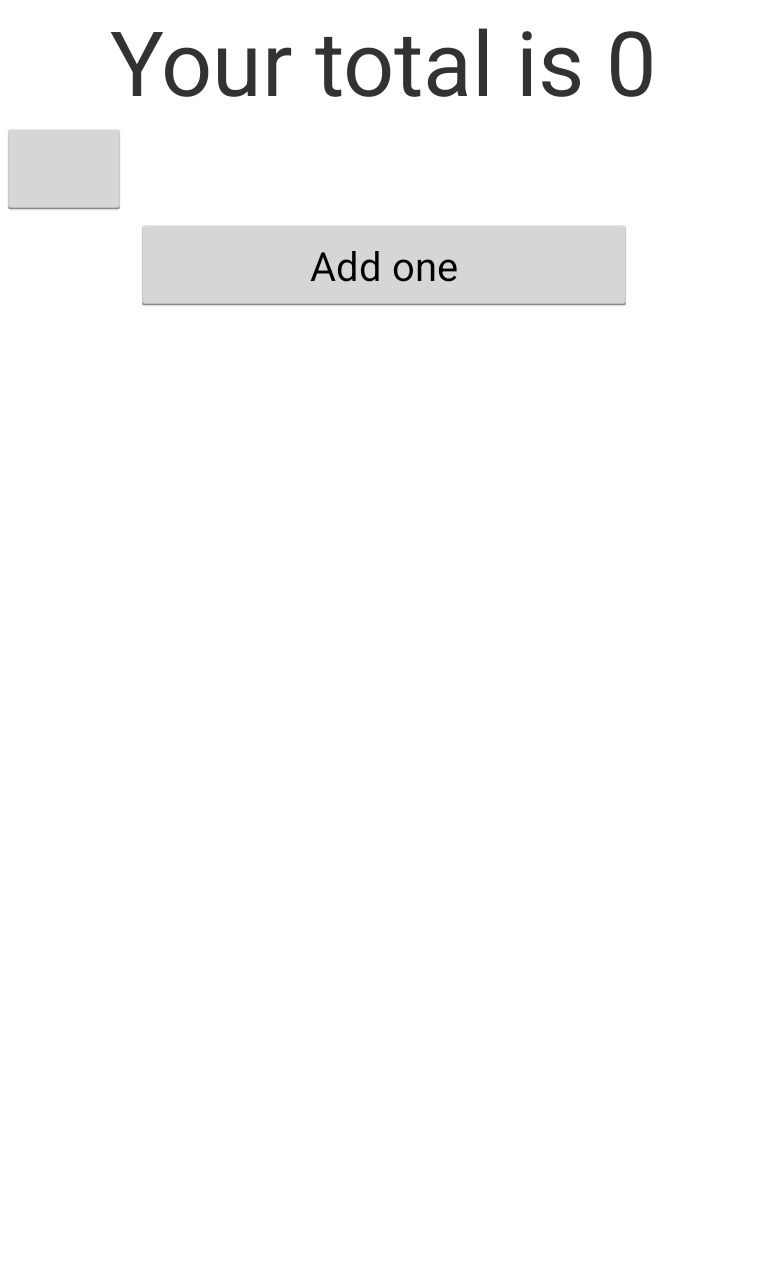
Repository: robadu/workspace
Layout: TheNewBoston/res/layout/activity_main.xml
These files come from the project's save history. The layout is drawn as it stood at one moment and after the next save; the edit follows.
It is drawn on a 768 x 1280 px phone screen (xhdpi) without system bars, with theme AppTheme; the app's code is not run.

Above is the layout before, as saved 2013-07-23 09:21:13.

### TheNewBoston/res/layout/activity_main.xml
<LinearLayout xmlns:android="http://schemas.android.com/apk/res/android"
    xmlns:tools="http://schemas.android.com/tools"
    android:orientation="vertical"
    android:layout_width="fill_parent"
    android:layout_height="fill_parent"
    >

    <TextView
        android:layout_width="wrap_content"
        android:layout_height="wrap_content"
        android:text="Your total is 0"
    	android:textSize="45dp"
		android:layout_gravity="center"
	 />

    <Button
      android:layout_width="wrap_content"
      android:layout_height="wrap_content"


      />





    <Button
        android:layout_width="250dp"
        android:layout_height="wrap_content"
        android:text="Add one"
        android:layout_gravity="center"
        android:textSize="20dp"

     ></Button>


</LinearLayout>

Loaded but not shown: TheNewBoston/res/values/styles.xml (common file); TheNewBoston/res/values-v11/styles.xml (common file); TheNewBoston/res/values-v14/styles.xml (common file)

After the next save:
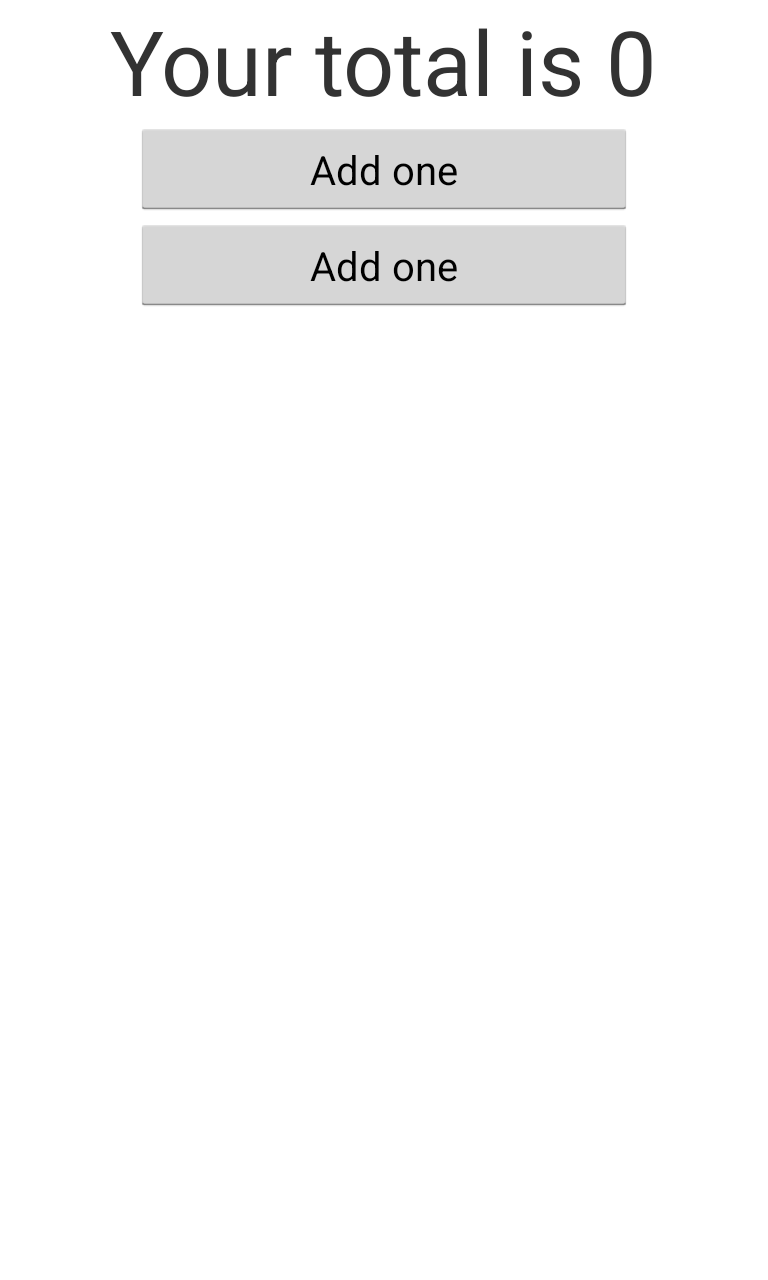
Saved 70 s later.
--- a/TheNewBoston/res/layout/activity_main.xml
+++ b/TheNewBoston/res/layout/activity_main.xml
@@ -13,25 +13,20 @@
 		android:layout_gravity="center"
 	 />
 
-    <Button
-      android:layout_width="wrap_content"
-      android:layout_height="wrap_content"
-
-
-      />
-
-
-
-
-
-    <Button
+     <Button
         android:layout_width="250dp"
         android:layout_height="wrap_content"
         android:text="Add one"
         android:layout_gravity="center"
         android:textSize="20dp"
+      />
 
-     ></Button>
-
+     <Button
+        android:layout_width="250dp"
+        android:layout_height="wrap_content"
+        android:text="Add one"
+        android:layout_gravity="center"
+        android:textSize="20dp"
+      />
 
 </LinearLayout>
